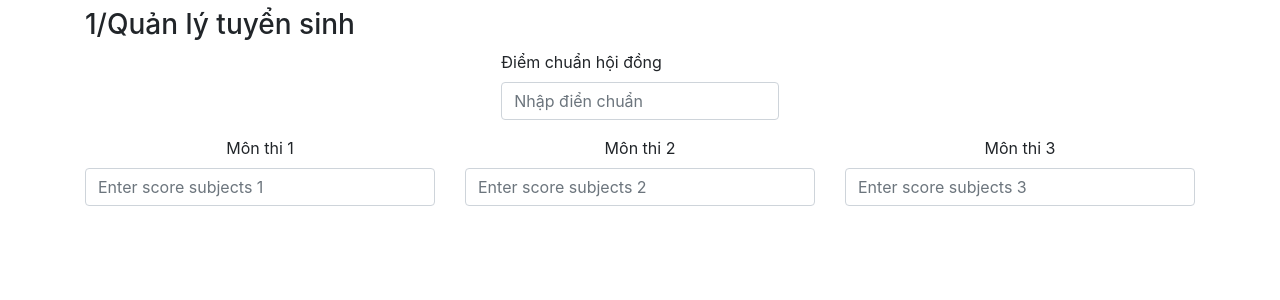
Repository: baobaodeveloper/bootcamp21__jsbasic4_HuynhAnhBao
Page: index.html
An editor plug-in stored every save of this project. The page is shown before and after the next save, followed by the edit.
The browser window is 1280 px wide. The pictures show the whole page.

Above is the page before, as saved 2022-03-13 17:36:35.

After the next save:
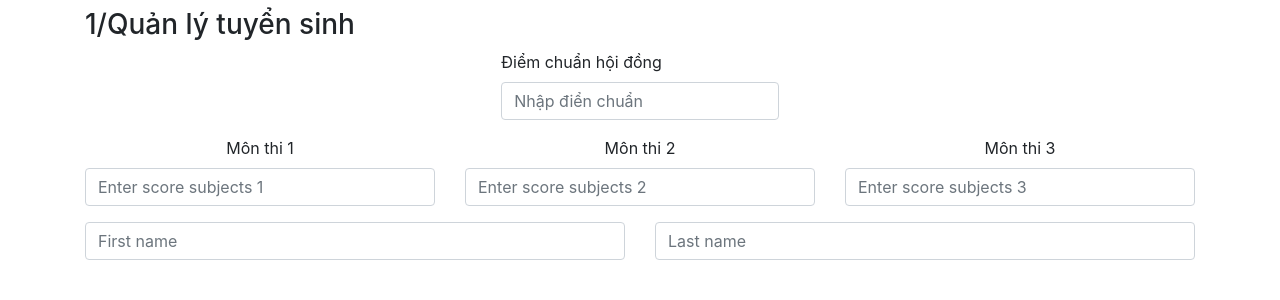
Saved 60 s later.
--- a/index.html
+++ b/index.html
@@ -60,6 +60,25 @@
           />
         </div>
       </div>
+
+      <div class="row mt-3">
+        <div class="col">
+          <input
+            type="text"
+            class="form-control"
+            placeholder="First name"
+            aria-label="First name"
+          />
+        </div>
+        <div class="col">
+          <input
+            type="text"
+            class="form-control"
+            placeholder="Last name"
+            aria-label="Last name"
+          />
+        </div>
+      </div>
     </div>
     <!-- Optional JavaScript -->
     <!-- jQuery first, then Popper.js, then Bootstrap JS -->
